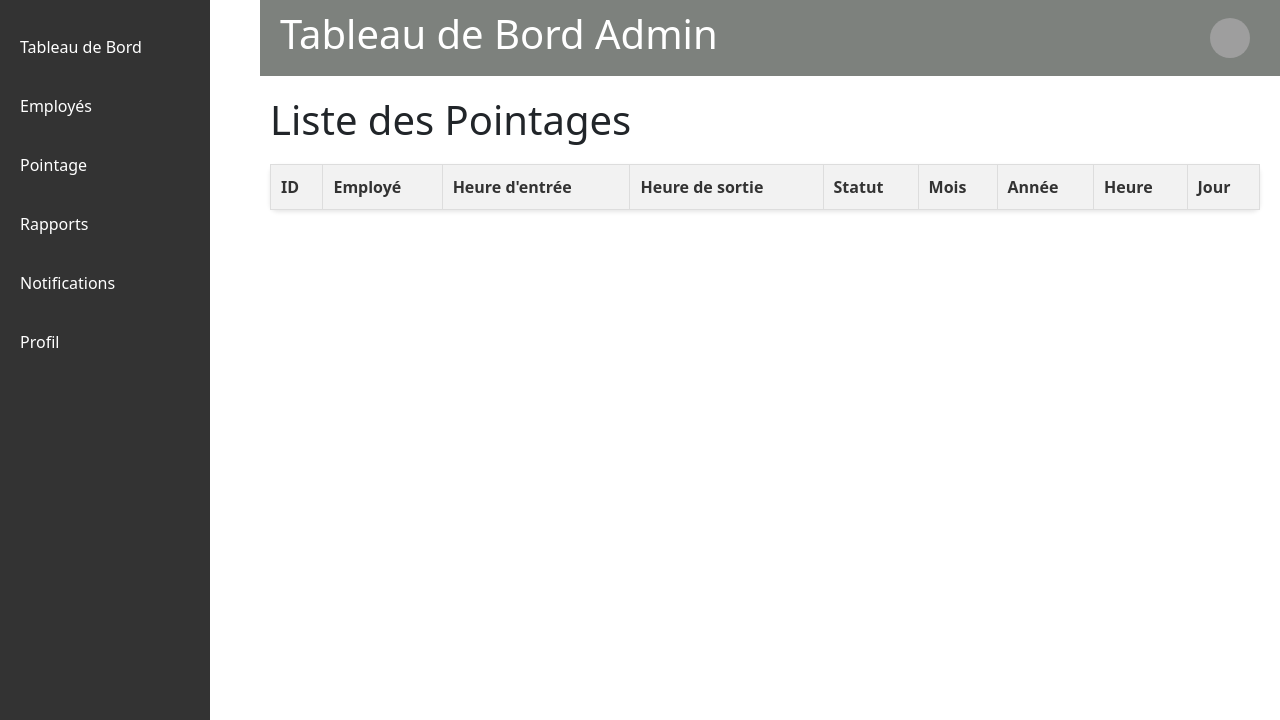
Repository: safa39652/projet-de-developpement-
Page: templates/pointage/liste.html.twig
An editor plug-in stored every save of this project. The page is shown before and after the next save, followed by the edit.
The browser window is 1280 px wide. The pictures show the whole page.
Pictures or frames that could not be fetched are drawn as grey boxes. Some web libraries are served in a nearby version. The page is a Twig template of a Symfony application; nobody is signed in and links lead nowhere. The template is opened directly, without the code that normally fills it, so the values that code supplies are empty.

Above is the page before, as saved 2024-12-26 19:21:43.

After the next save:
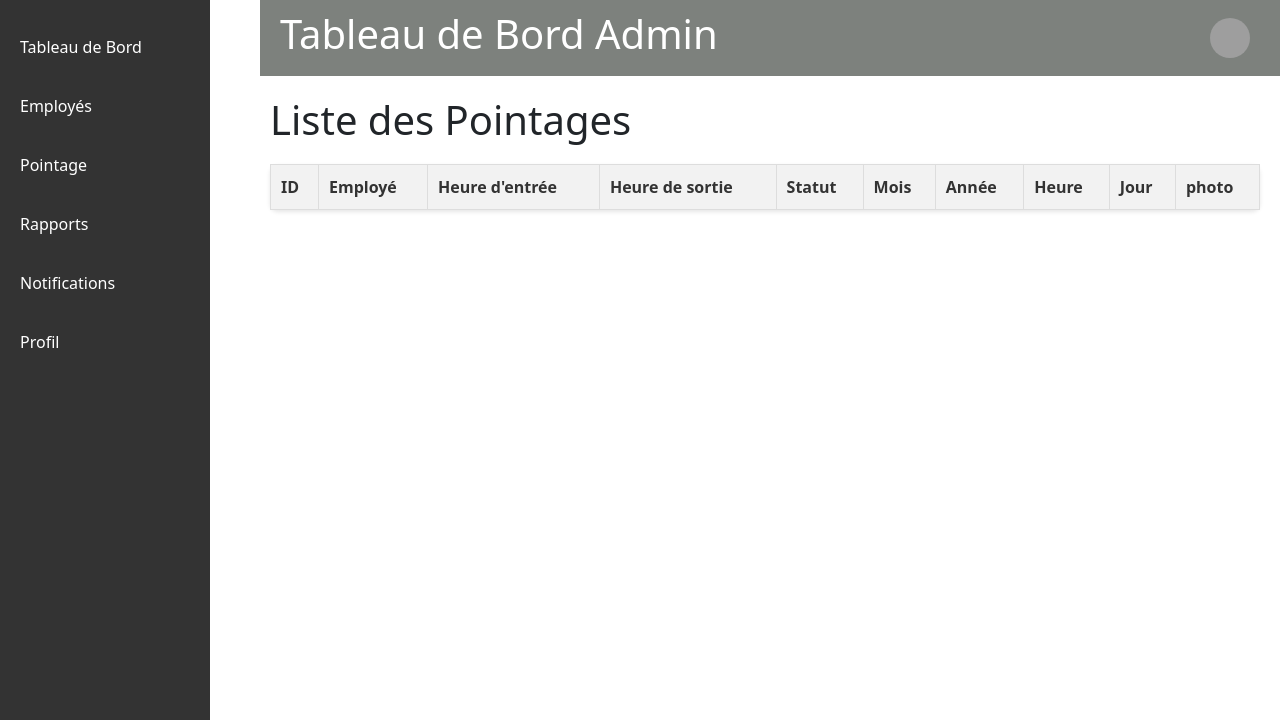
Saved 32 s later.
--- a/templates/pointage/liste.html.twig
+++ b/templates/pointage/liste.html.twig
@@ -17,6 +17,7 @@
             <th>Année</th>
             <th>Heure</th>
             <th>Jour</th>
+            <th>photo</th>
         </tr>
     </thead>
     <tbody>
